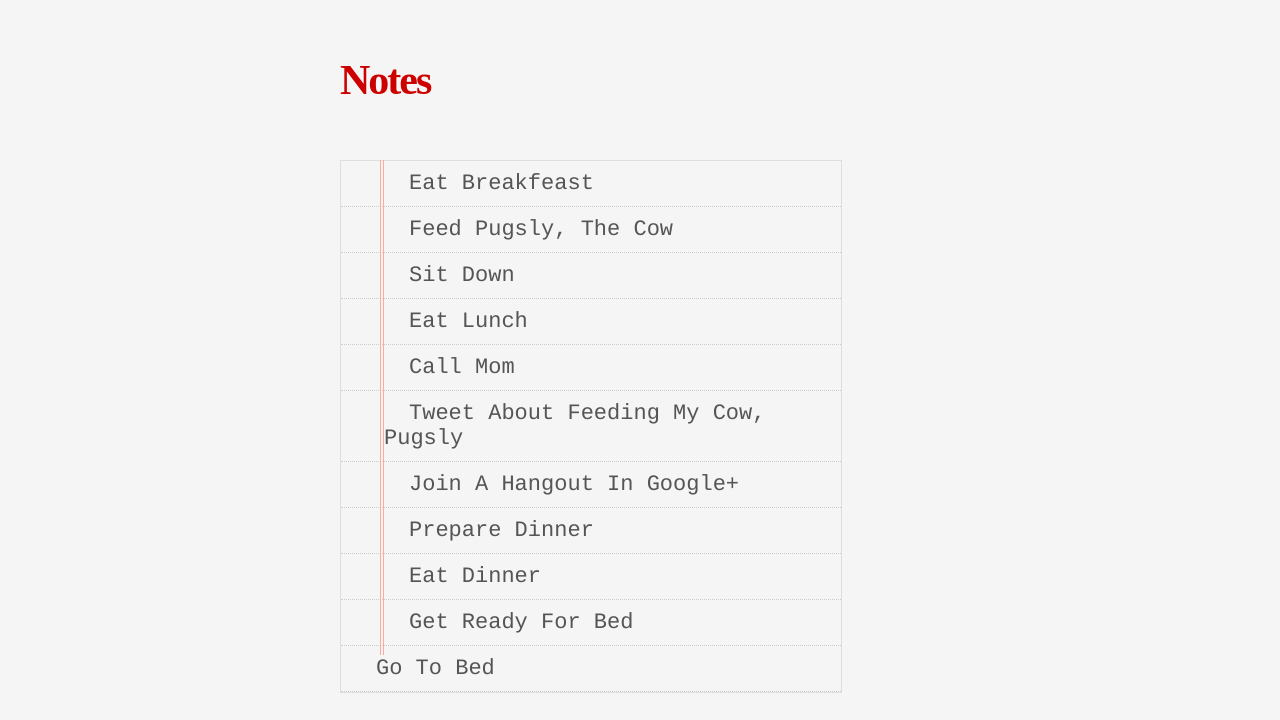
Repository: dev-singh-kanyal/Archive-git_github
Page: index.html
An editor plug-in stored every save of this project. The page is shown before and after a run of saves, followed by the edit.
The browser window is 1280 px wide. The pictures show the whole page.
Some web fonts or font styles are not loaded; a fallback is used.

Above is the page before, as saved 2022-06-24 15:28:46.

After the next 3 saves:
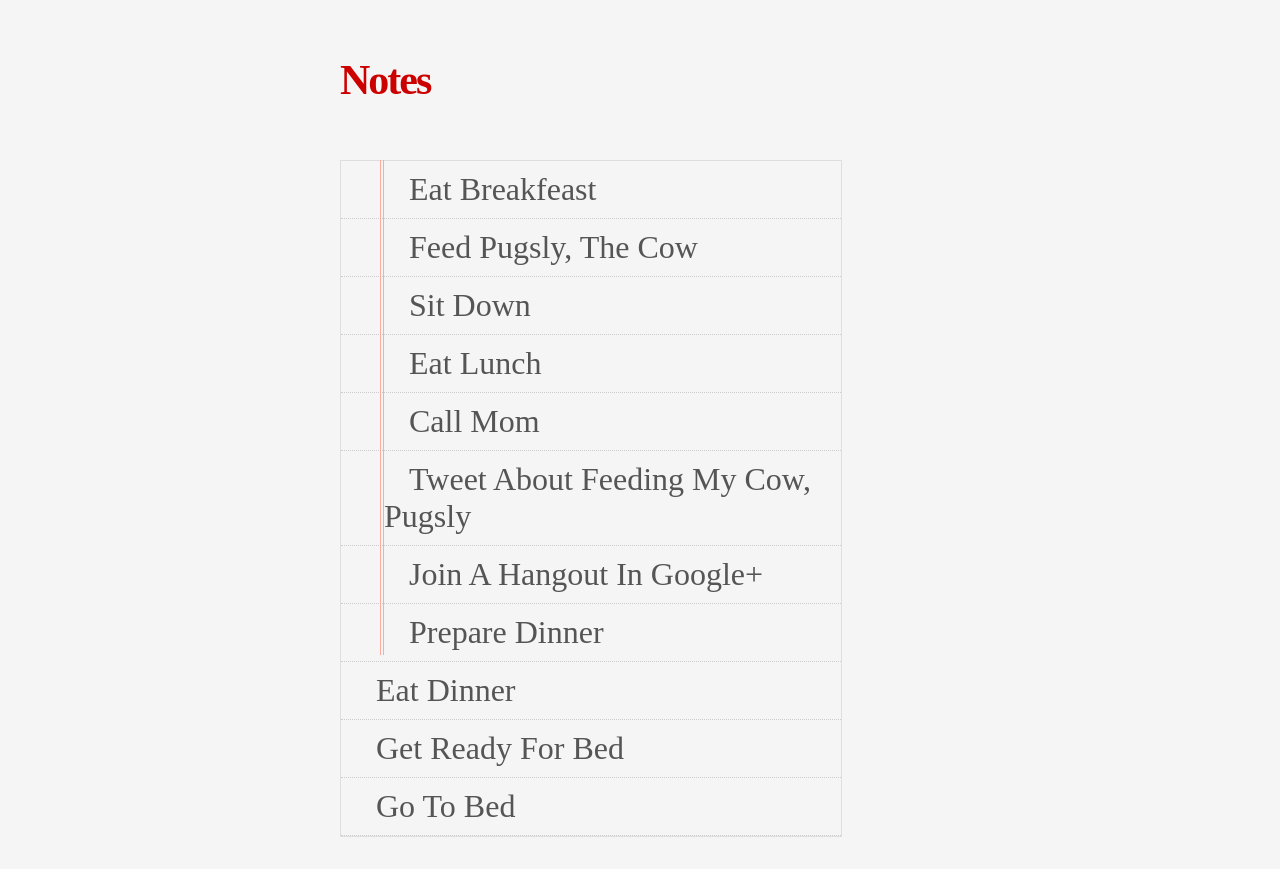
The 3 saves are shown as one change because they came seconds apart.
The last was saved 42 s later.
--- a/style.css
+++ b/style.css
@@ -15,7 +15,9 @@
     font-size: 22px;
     padding: 0 !important;
     width: 500px;
-    font-family: courier, monospace;
+    font-family: 'Reenie Beanie';
+    font-size: 2rem;
+    /* font-family: courier, monospace; */
     border: 1px solid #dedede;
   }
   .list li {
